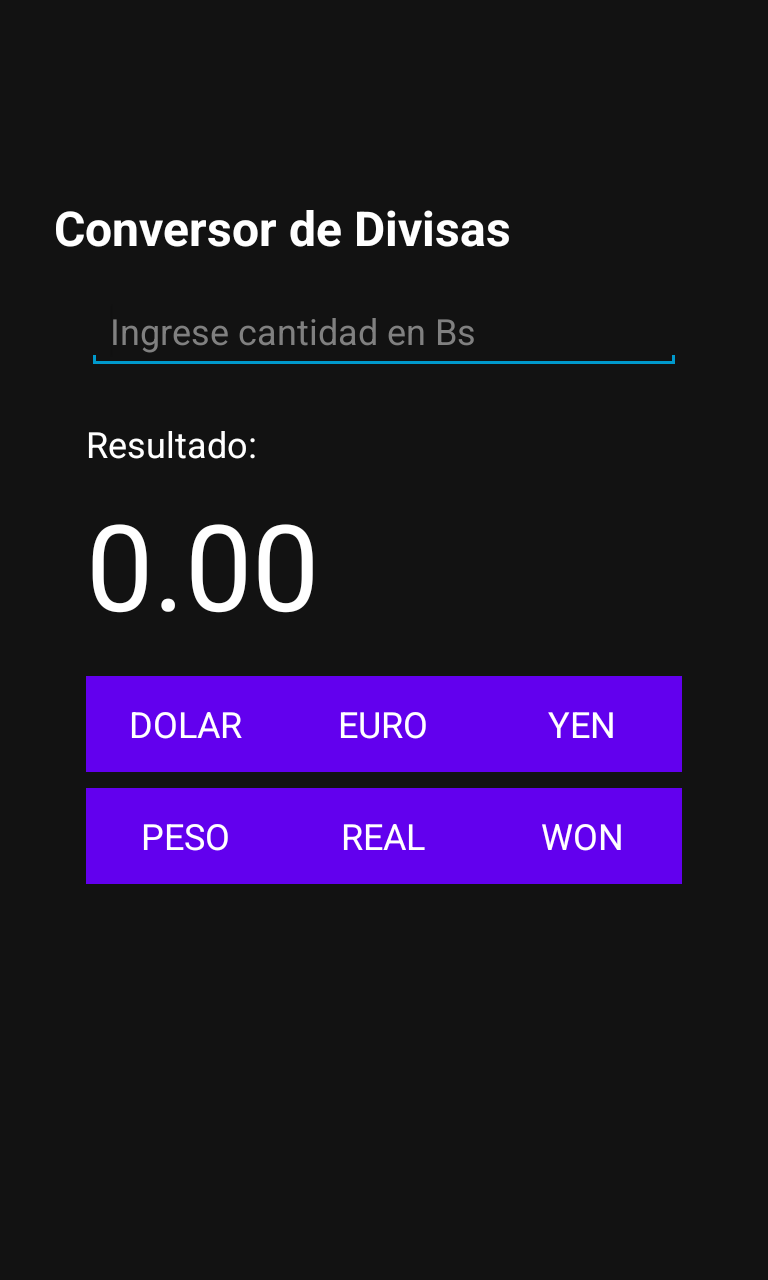
Repository: NeilEyner/AppComunidad
Layout: Cambio/res/layout/activity_main.xml
The author's editor kept a copy of each file at every save. The layout is drawn from the files as they stood at one save, then again after the next save.
It is drawn on a 768 x 1280 px phone screen (xhdpi) without system bars, with theme AppTheme; the app's code is not run.

Above is the layout before, as saved 2024-08-20 00:34:30.

### Cambio/res/layout/activity_main.xml
<LinearLayout xmlns:android="http://schemas.android.com/apk/res/android"
    xmlns:tools="http://schemas.android.com/tools"
    android:layout_width="match_parent"
    android:layout_height="match_parent"
    android:background="#121212"
    android:gravity="center"
    android:orientation="vertical"
    android:paddingBottom="@dimen/activity_vertical_margin"
    android:paddingLeft="@dimen/activity_horizontal_margin"
    android:paddingRight="@dimen/activity_horizontal_margin"
    android:paddingTop="@dimen/activity_vertical_margin"
    tools:context=".MainActivity" >

    <ScrollView
        android:id="@+id/scrollView1"
        android:layout_width="330dp"
        android:layout_height="577dp" >

        <LinearLayout
            android:layout_width="match_parent"
            android:layout_height="match_parent"
            android:orientation="vertical" >

            <LinearLayout
                android:layout_width="match_parent"
                android:layout_height="wrap_content"
                android:layout_marginTop="42dp"
                android:orientation="vertical" >

                <TextView
                    android:id="@+id/titleText"
                    android:layout_width="wrap_content"
                    android:layout_height="wrap_content"
                    android:layout_marginTop="24dp"
                    android:gravity="center"
                    android:text="Conversor de Divisas"
                    android:textColor="#ffffff"
                    android:textSize="24sp"
                    android:textStyle="bold" />

                <EditText
                    android:id="@+id/editText1"
                    android:layout_width="match_parent"
                    android:layout_height="wrap_content"
                    android:layout_marginLeft="16dp"
                    android:layout_marginRight="16dp"
                    android:layout_marginTop="16dp"
                    android:ems="10"
                    android:hint="Ingrese cantidad en Bs"
                    android:textColor="#ffffff" >

                    <requestFocus />
                </EditText>

                <TextView
                    android:id="@+id/textView1"
                    android:layout_width="wrap_content"
                    android:layout_height="wrap_content"
                    android:layout_marginLeft="16dp"
                    android:layout_marginRight="16dp"
                    android:layout_marginTop="24dp"
                    android:text="Resultado:"
                    android:textColor="#ffffff"
                    android:textSize="18sp" />

                <TextView
                    android:id="@+id/TextView01"
                    android:layout_width="wrap_content"
                    android:layout_height="wrap_content"
                    android:layout_marginLeft="16dp"
                    android:layout_marginRight="16dp"
                    android:layout_marginTop="8dp"
                    android:text="0.00"
                    android:textColor="#ffffff"
                    android:textSize="60sp" />

            </LinearLayout>

            <LinearLayout
                android:layout_width="match_parent"
                android:layout_height="wrap_content"
                android:layout_marginTop="16dp"
                android:gravity="center_horizontal"
                android:orientation="horizontal"
                android:paddingLeft="16dp"
                android:paddingRight="16dp" >

                <Button
                    android:id="@+id/button1"
                    android:layout_width="0dp"
                    android:layout_height="wrap_content"
                    android:layout_weight="1"
                    android:background="#6200EE"
                    android:minHeight="48dp"
                    android:minWidth="0dp"
                    android:text="DOLAR"
                    android:textColor="#ffffff" />

                <Button
                    android:id="@+id/button2"
                    android:layout_width="0dp"
                    android:layout_height="wrap_content"
                    android:layout_weight="1"
                    android:background="#6200EE"
                    android:minHeight="48dp"
                    android:minWidth="0dp"
                    android:text="EURO"
                    android:textColor="#ffffff" />

                <Button
                    android:id="@+id/button3"
                    android:layout_width="0dp"
                    android:layout_height="wrap_content"
                    android:layout_weight="1"
                    android:background="#6200EE"
                    android:minHeight="48dp"
                    android:minWidth="0dp"
                    android:text="YEN"
                    android:textColor="#ffffff" />
            </LinearLayout>

            <LinearLayout
                android:layout_width="match_parent"
                android:layout_height="wrap_content"
                android:layout_marginTop="8dp"
                android:gravity="center_horizontal"
                android:orientation="horizontal"
                android:paddingLeft="16dp"
                android:paddingRight="16dp" >

                <Button
                    android:id="@+id/button4"
                    android:layout_width="0dp"
                    android:layout_height="wrap_content"
                    android:layout_weight="1"
                    android:background="#6200EE"
                    android:minHeight="48dp"
                    android:minWidth="0dp"
                    android:text="PESO"
                    android:textColor="#ffffff" />

                <Button
                    android:id="@+id/button5"
                    android:layout_width="0dp"
                    android:layout_height="wrap_content"
                    android:layout_weight="1"
                    android:background="#6200EE"
                    android:minHeight="48dp"
                    android:minWidth="0dp"
                    android:text="REAL"
                    android:textColor="#ffffff" />

                <Button
                    android:id="@+id/button6"
                    android:layout_width="0dp"
                    android:layout_height="wrap_content"
                    android:layout_weight="1"
                    android:background="#6200EE"
                    android:minHeight="48dp"
                    android:minWidth="0dp"
                    android:text="WON"
                    android:textColor="#ffffff" />
            </LinearLayout>

        </LinearLayout>
    </ScrollView>

</LinearLayout>

Loaded but not shown: Cambio/res/values/styles.xml (common file); Cambio/res/values-v11/styles.xml (common file); Cambio/res/values-v14/styles.xml (common file); Cambio/res/values/dimens.xml (common file)

After the next save:
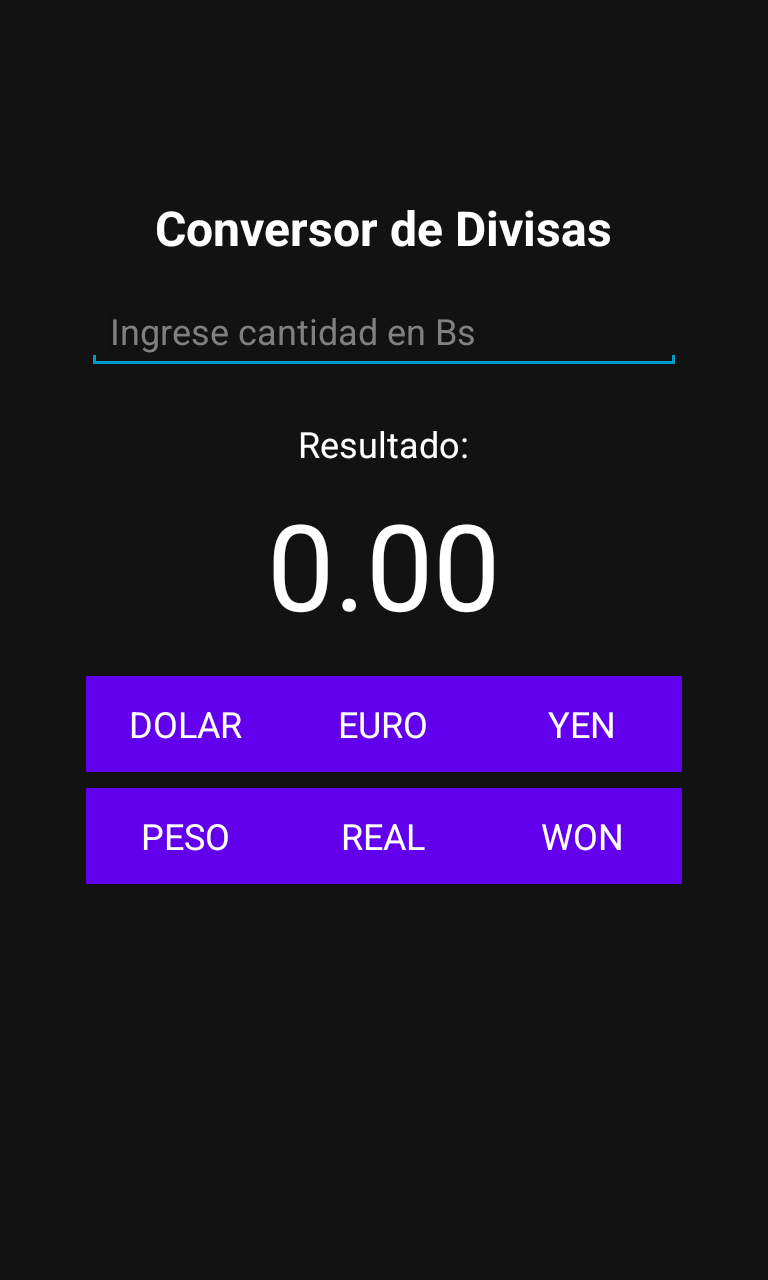
Saved 3 min 18 s later.
--- a/Cambio/res/layout/activity_main.xml
+++ b/Cambio/res/layout/activity_main.xml
@@ -25,6 +25,7 @@
                 android:layout_width="match_parent"
                 android:layout_height="wrap_content"
                 android:layout_marginTop="42dp"
+                android:gravity="center"
                 android:orientation="vertical" >
 
                 <TextView
@@ -80,7 +81,7 @@
                 android:layout_width="match_parent"
                 android:layout_height="wrap_content"
                 android:layout_marginTop="16dp"
-                android:gravity="center_horizontal"
+                android:gravity="center"
                 android:orientation="horizontal"
                 android:paddingLeft="16dp"
                 android:paddingRight="16dp" >
